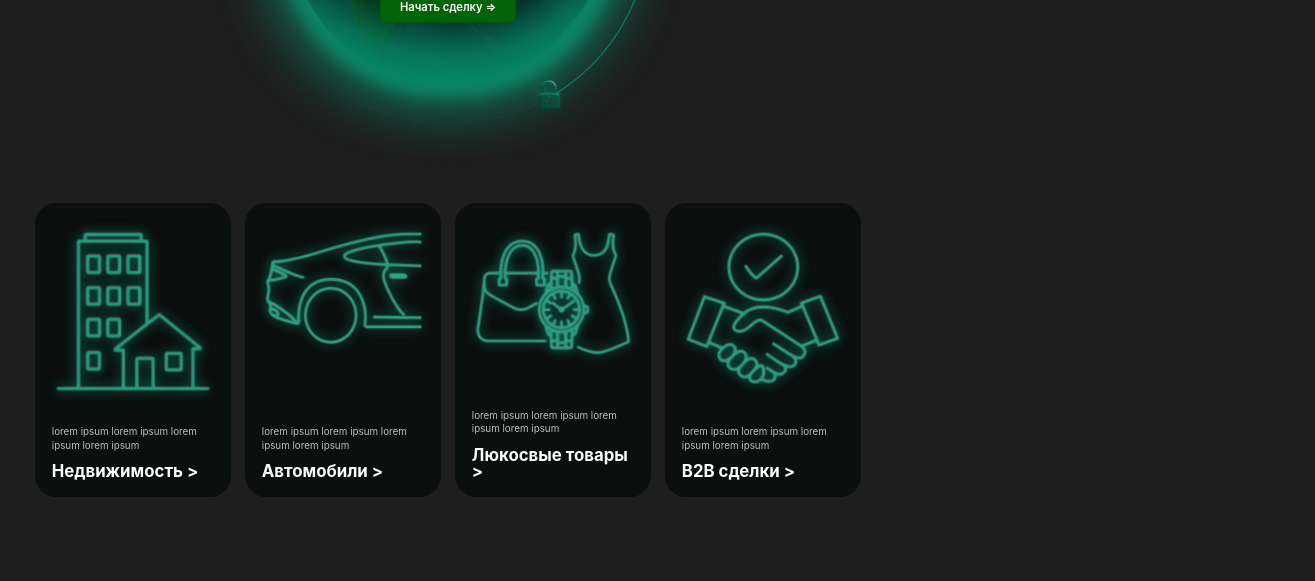
Repository: 1mpuryyyyy/x-port
Page: /x-port/
The author's editor kept a copy of each file at every save. The page is drawn from the files as they stood at one save, then again after a run of saves.
The browser window is 1280 px wide. The page is 1879 px wide, so the pictures cover 1879 px, including what lies to the right of the window. The pictures show the part of the page from y = 3080 to 4400 px (the page is 3910 px tall before and 5090 px after), at 70% of full size.
The project was rebuilt for these pictures with package versions that can differ from the ones it lists, and the page was loaded fresh each time. Also part of the build but not shown: vite.config.js.

Above is the page before, as saved 2025-10-09 03:21:50.

After the next 2 saves:
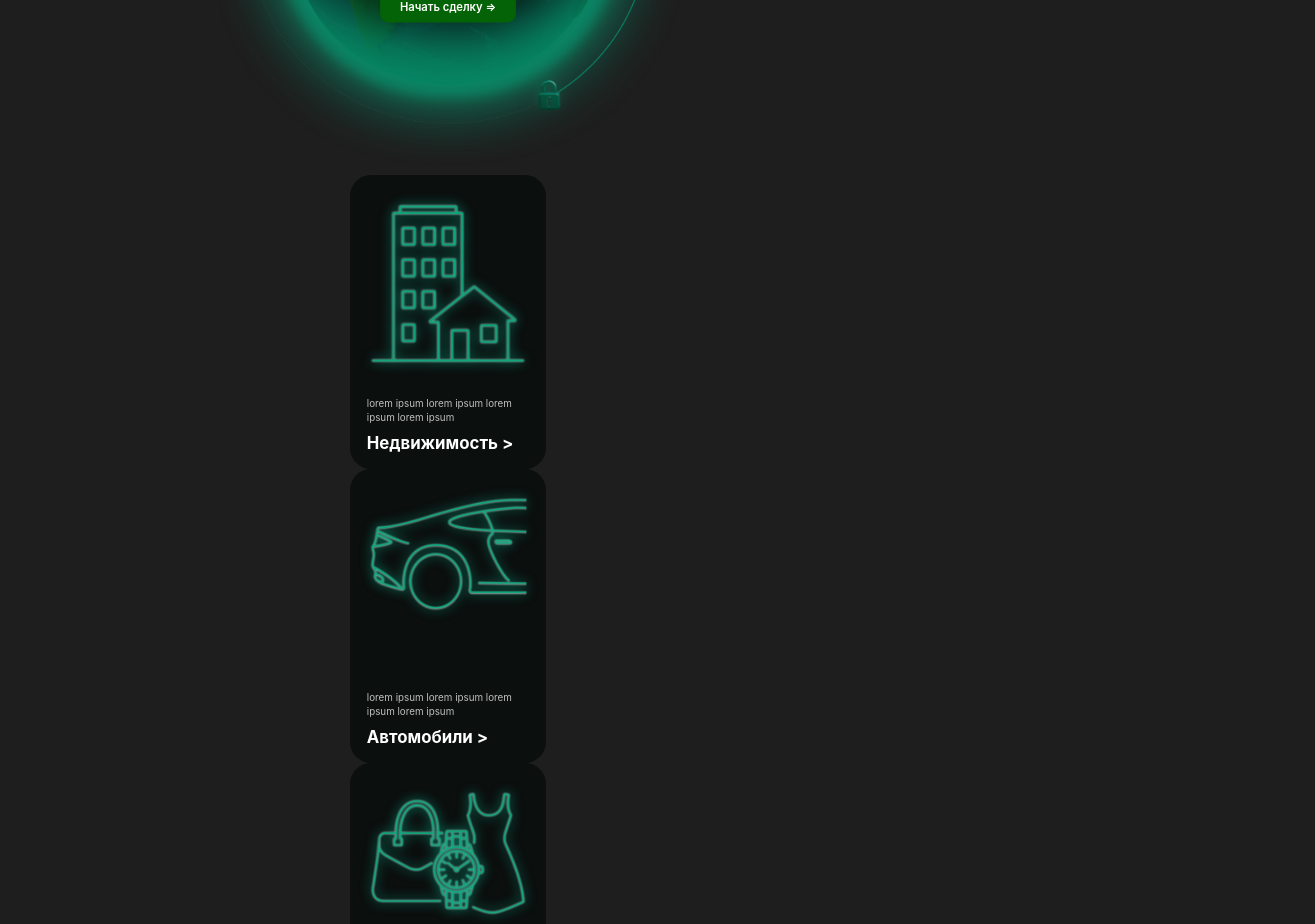
The 2 saves are shown as one change because 1 did not build or start.
The last was saved 2 min 29 s later.
--- a/src/components/MainPage/MainPage.jsx
+++ b/src/components/MainPage/MainPage.jsx
@@ -77,7 +77,7 @@ export const MainPage = () => {
                     </div>
                 </div>
             </div>
-            <div style={{ display: "flex", gap: "20px", padding: "40px" }}>
+            <div >
                 <CardItem
                     imageUrl={house}
                     title="Недвижимость >"
